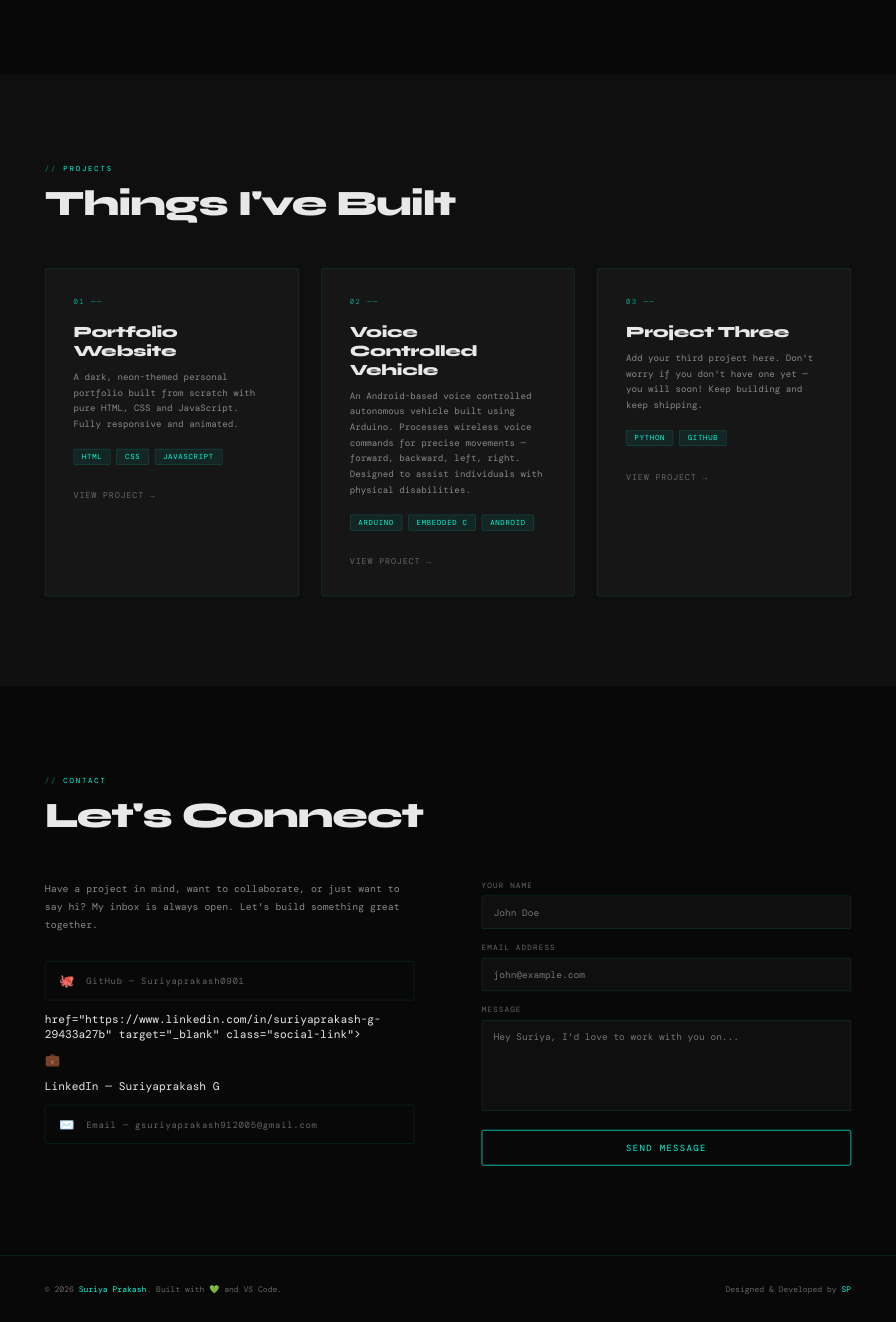
Repository: Suriyaprakash0901/PortoFolio
Page: index.html
An editor plug-in stored every save of this project. The page is shown before and after the next save, followed by the edit.
The browser window is 1280 px wide. The pictures show the part of the page from y = 2263 to 4183 px (the page is 4152 px tall before and 4183 px after), at 70% of full size.
Some web fonts or font styles are not loaded; a fallback is used.

Above is the page before, as saved 2026-03-14 11:29:59.

After the next save:
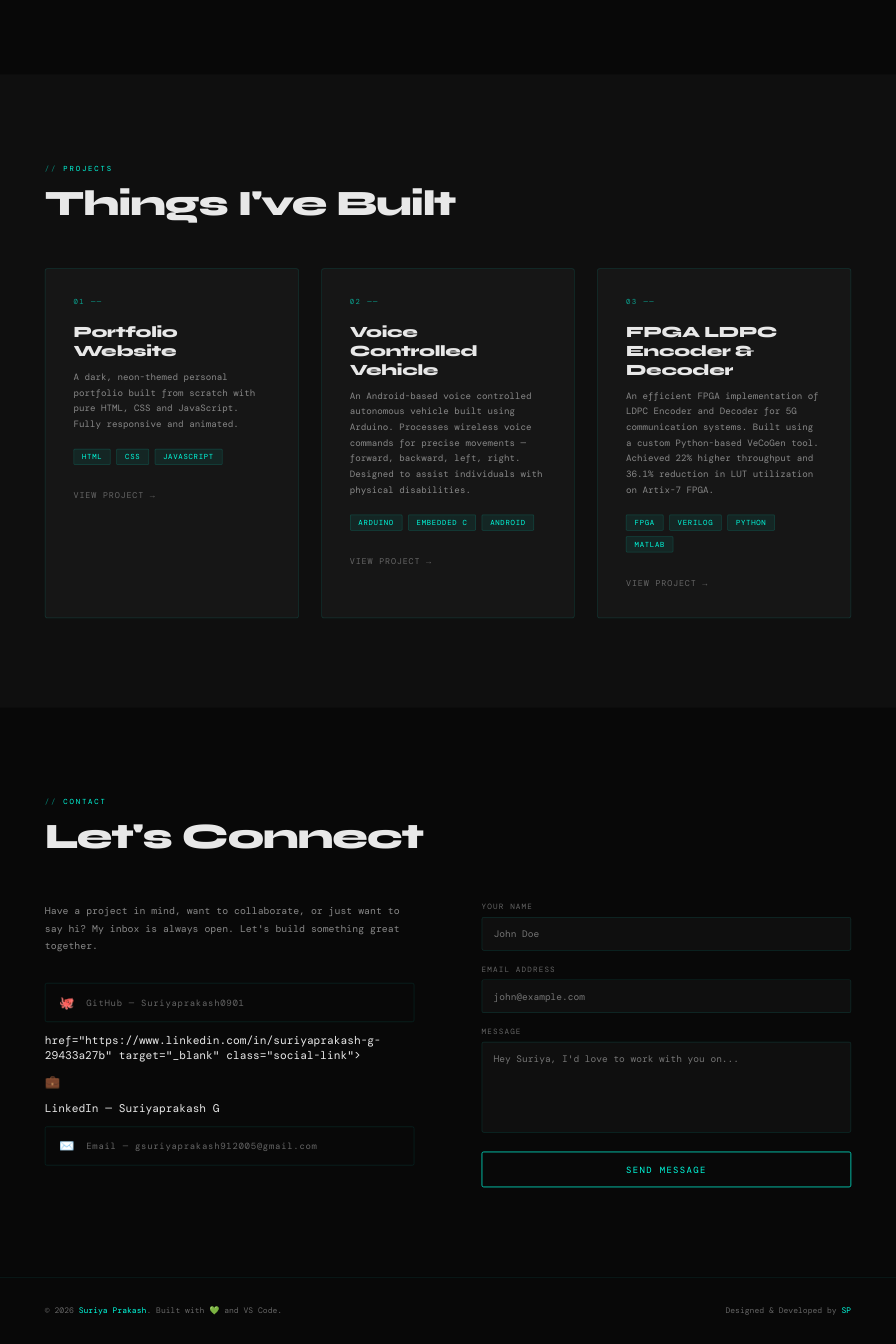
Saved 12 s later.
--- a/index.html
+++ b/index.html
@@ -605,11 +605,13 @@ n btn-outline">Get In Touch</a>
       </div>
       <div class="project-card">
         <div class="project-num">03 ——</div>
-        <div class="project-title">Project Three</div>
-        <div class="project-desc">Add your third project here. Don't worry if you don't have one yet — you will soon! Keep building and keep shipping.</div>
+        <div class="project-title">FPGA LDPC Encoder & Decoder</div>
+        <div class="project-desc">An efficient FPGA implementation of LDPC Encoder and Decoder for 5G communication systems. Built using a custom Python-based VeCoGen tool. Achieved 22% higher throughput and 36.1% reduction in LUT utilization on Artix-7 FPGA.</div>
         <div class="project-tags">
+          <span class="tag">FPGA</span>
+          <span class="tag">Verilog</span>
           <span class="tag">Python</span>
-          <span class="tag">GitHub</span>
+          <span class="tag">MATLAB</span>
         </div>
         <a href="#" class="project-link">View Project</a>
       </div>
